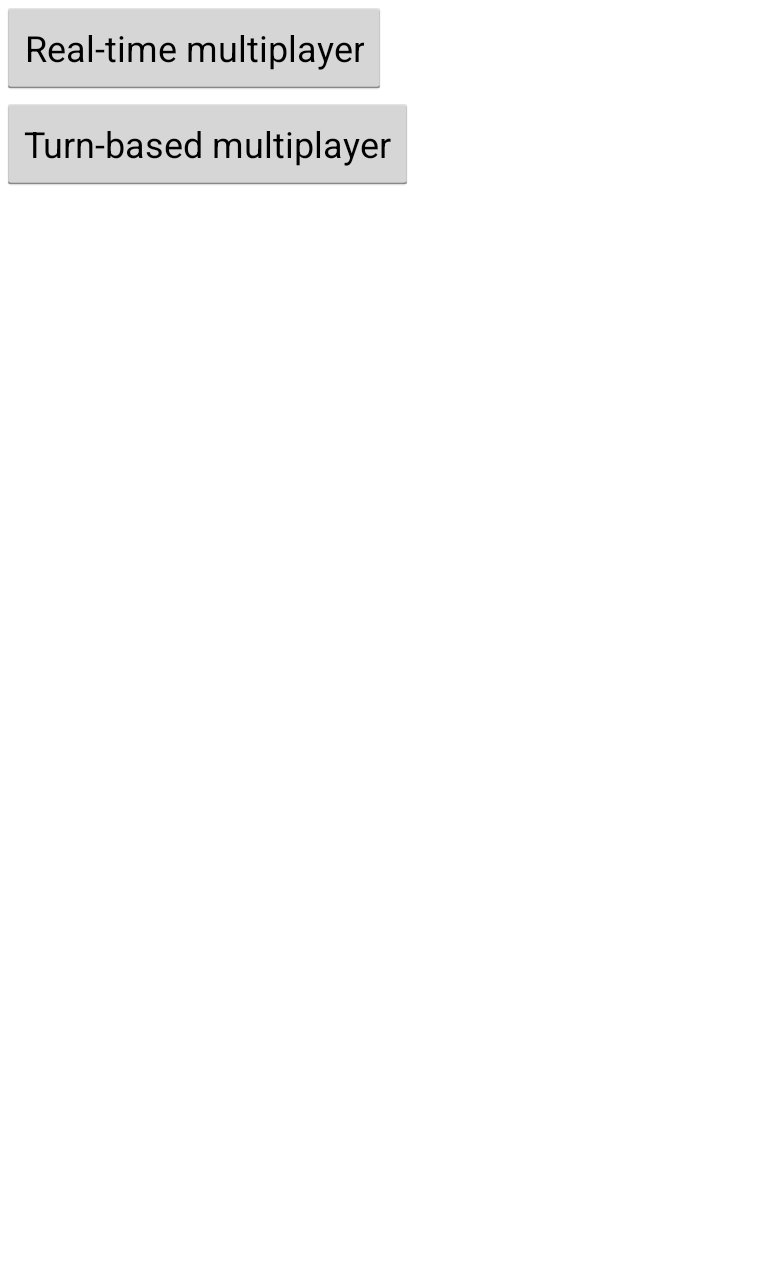
Repository: wassil/googleGamesTest
Layout: TicTacToe/res/layout/fragment_multiplayer.xml
An editor plug-in stored every save of this project. The layout is shown before and after the next save, followed by the edit.
It is drawn on a 768 x 1280 px phone screen (xhdpi) without system bars, with theme AppTheme; the app's code is not run.

Above is the layout before, as saved 2014-04-01 20:36:07.

After the next save:
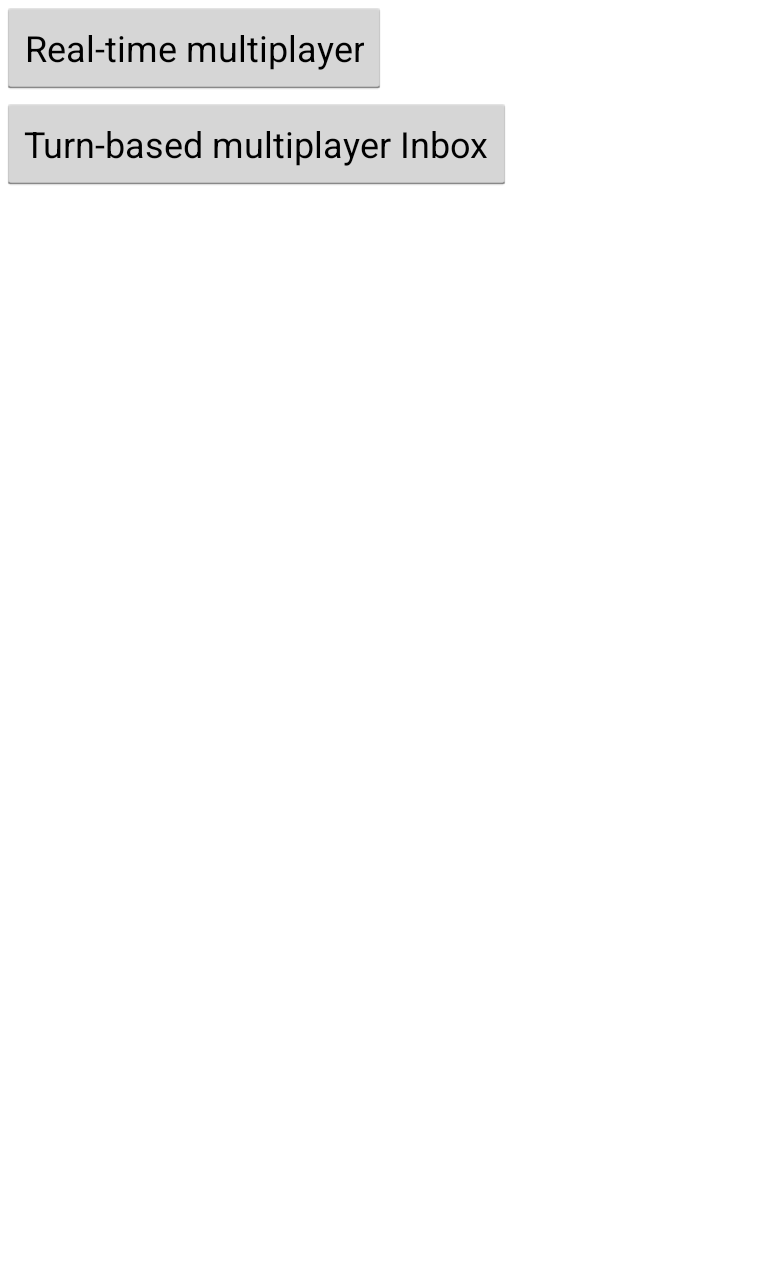
Saved 3 min 21 s later.
--- a/TicTacToe/res/layout/fragment_multiplayer.xml
+++ b/TicTacToe/res/layout/fragment_multiplayer.xml
@@ -11,8 +11,8 @@
         android:text="Real-time multiplayer" />
 
 	<Button
-        android:id="@+id/buttonAsync"
+        android:id="@+id/buttonShowAsyncMatches"
         android:layout_width="wrap_content"
         android:layout_height="wrap_content"
-        android:text="Turn-based multiplayer" />
+        android:text="Turn-based multiplayer Inbox" />
 </LinearLayout>
